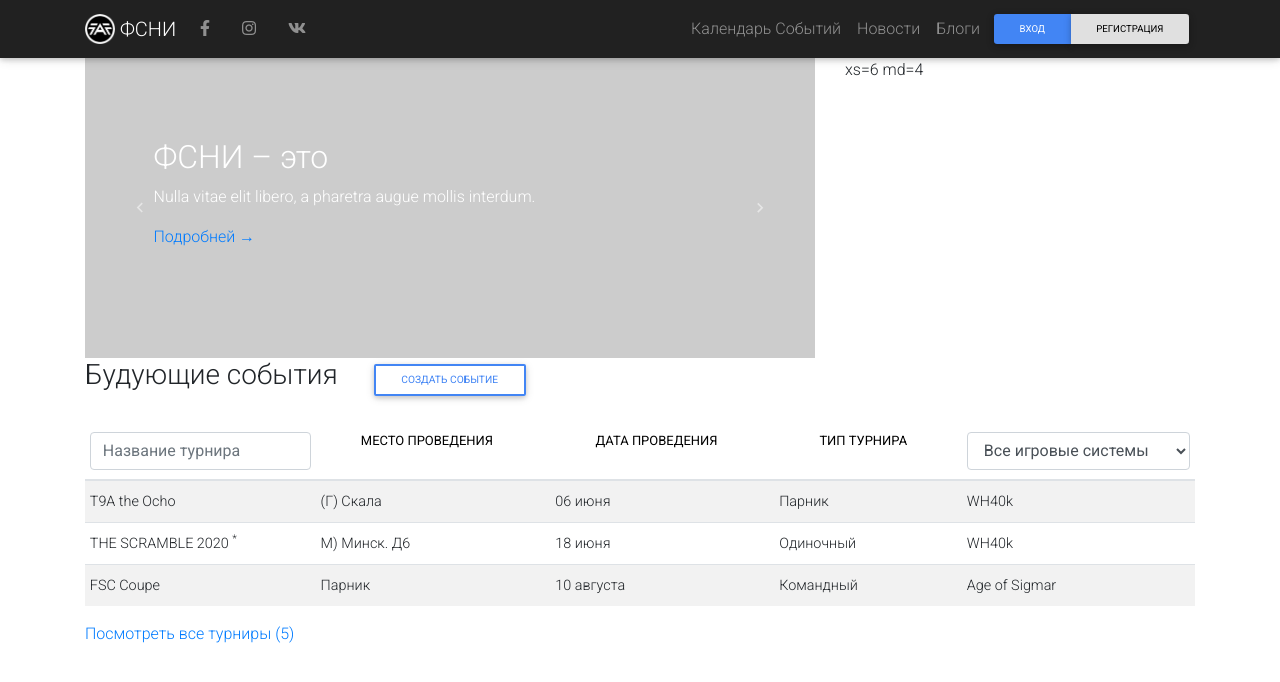
Repository: alexey1986/fsni_test
Page: /
These files come from the project's save history. The page is drawn as it stood at one moment and after the next save; the edit follows.
The browser window is 1280 px wide. The pictures show the whole page.
The project was rebuilt for these pictures with package versions that can differ from the ones it lists, and the page was loaded fresh each time. Also part of the build but not shown: src/pages/calendar.jsx, src/pages/news.jsx, src/pages/blogs.jsx.

Above is the page before, as saved 2020-09-02 18:55:43.

After the next save:
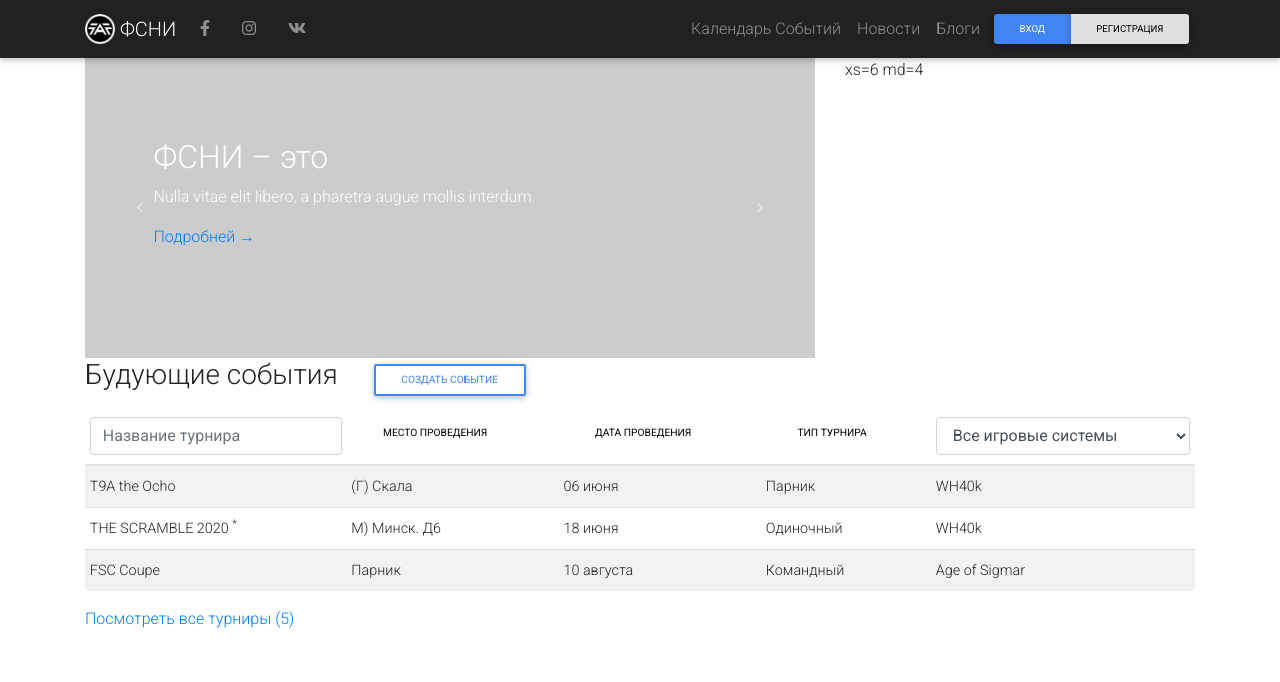
Saved 80 s later.
--- a/src/pages/home.jsx
+++ b/src/pages/home.jsx
@@ -35,9 +35,9 @@
                             <th>
                                 <Form.Control type="text" placeholder="Название турнира" />
                             </th>
-                            <th><Button variant="link">Место проведения</Button></th>
-                            <th><Button variant="link">Дата проведения</Button></th>
-                            <th><Button variant="link">Тип турнира</Button></th>
+                            <th><Button variant="link" size="sm">Место проведения</Button></th>
+                            <th><Button variant="link" size="sm">Дата проведения</Button></th>
+                            <th><Button variant="link" size="sm">Тип турнира</Button></th>
                             <th>
                                 <Form.Control as="select">
                                     <option>Все игровые системы</option>
